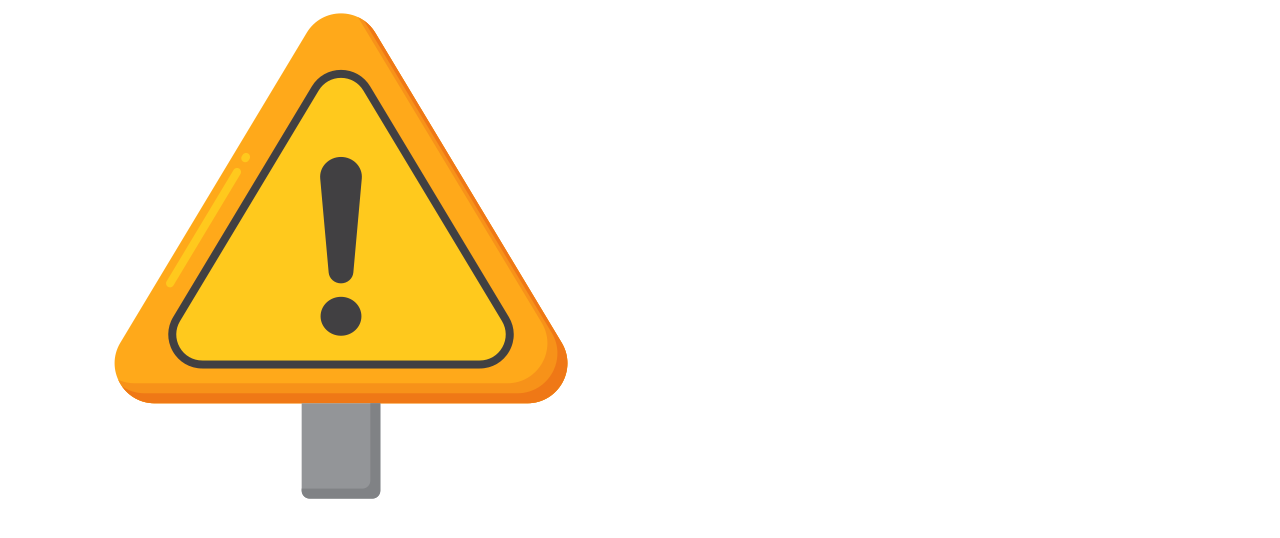
Repository: SanaQureshi27/Servlet-projects
Page: http://localhost/CodeVerse/ErrorPage.jsp
These files come from the project's save history. The page is drawn as it stood at one moment and after the next save; the edit follows.
The browser window is 1280 px wide. The pictures show the whole page.
The page is served by Tomcat 9.

Above is the page before, as saved 2025-03-20 01:49:27.

After the next save:
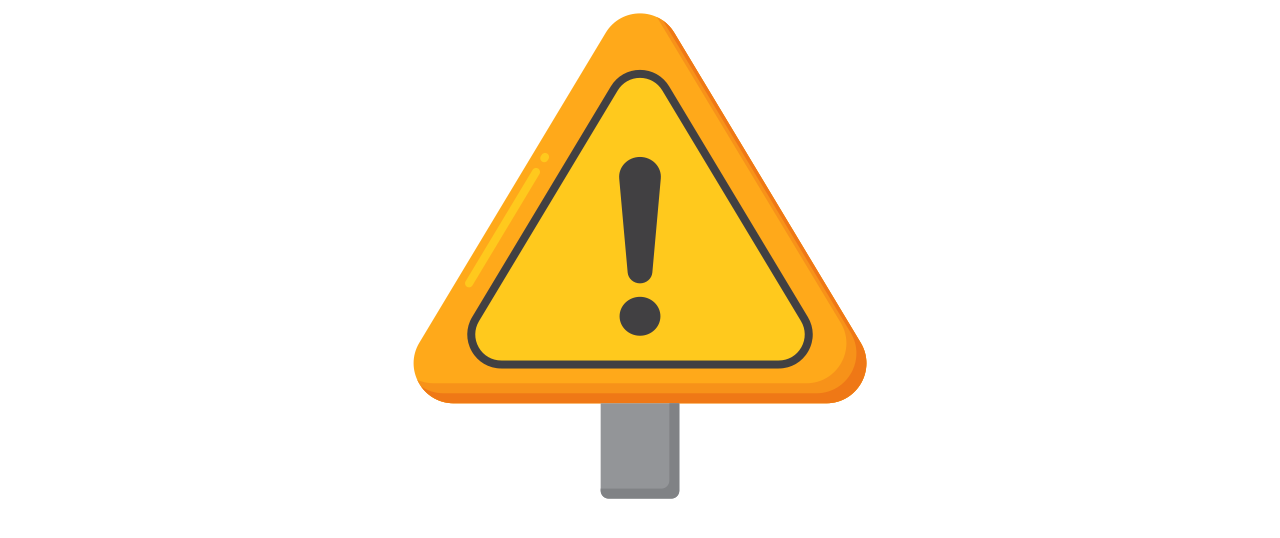
Saved 2 min 11 s later.
--- a/CodeVerse/src/main/webapp/ErrorPage.jsp
+++ b/CodeVerse/src/main/webapp/ErrorPage.jsp
@@ -16,7 +16,7 @@
 </head>
 <body>
 
-	<div class="container">
+	<div class="container" align="center">
 	 <img src="img/caution.png">
 
 	</div>
